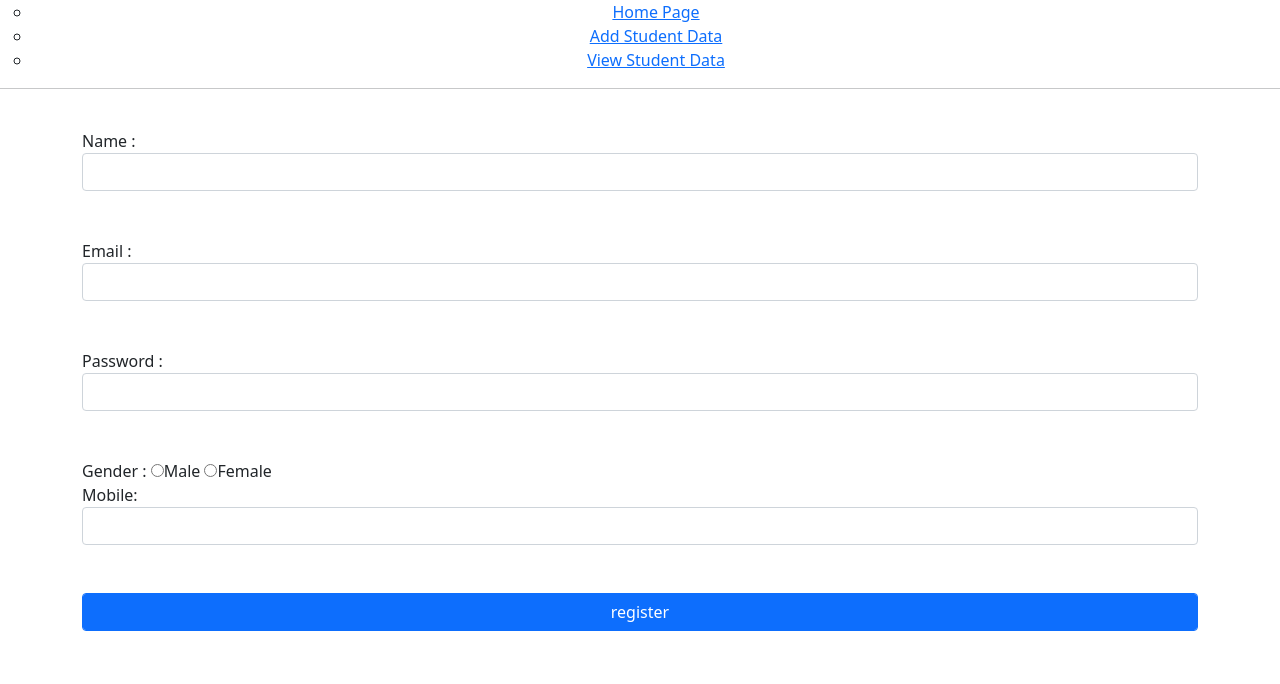
Repository: KrishMoradiya/Aixtor-Training-Projects-Backup
Page: http://localhost/CRUD_Student/Register.jsp
The author's editor kept a copy of each file at every save. The page is drawn from the files as they stood at one save, then again after the next save.
The browser window is 1280 px wide. The pictures show the whole page.
The page is served by Tomcat 10. Nobody is signed in. The application's start-up code is not run.

Above is the page before, as saved 2023-12-23 06:46:29.

After the next save:
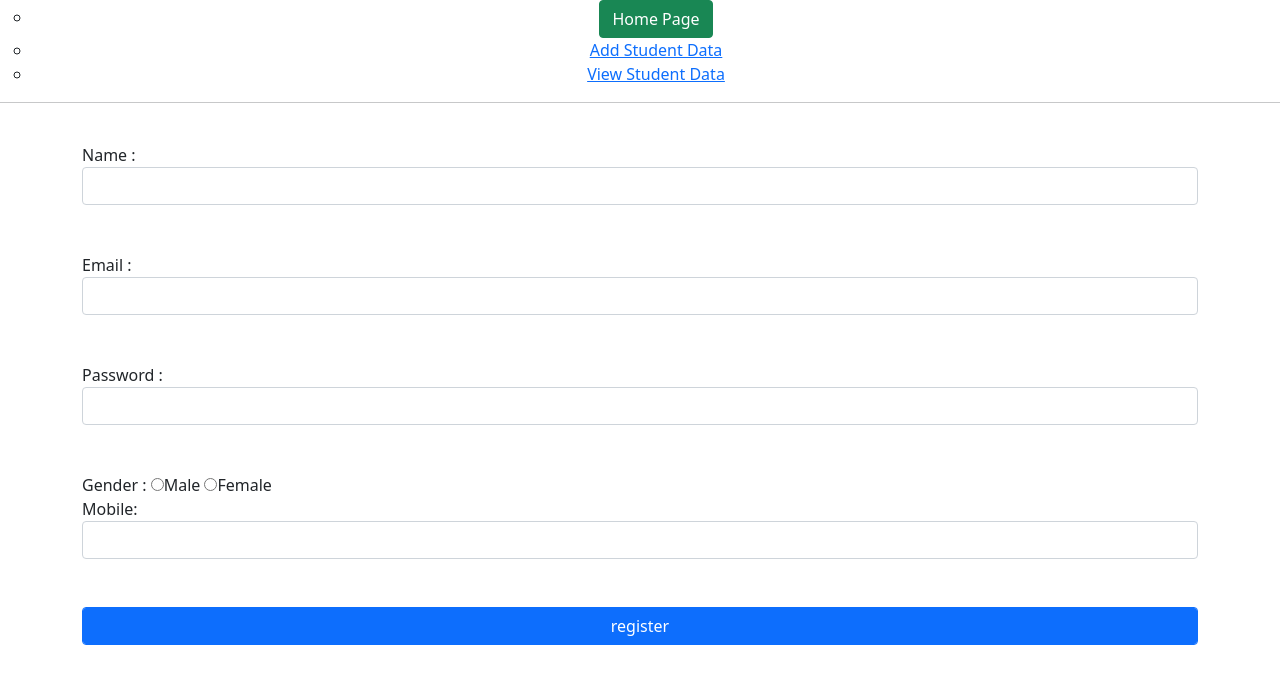
Saved 2 min 32 s later.
--- a/Workspace - Eclipse Enterprise Edition/CRUD_Student/src/main/webapp/header.jsp
+++ b/Workspace - Eclipse Enterprise Edition/CRUD_Student/src/main/webapp/header.jsp
@@ -11,7 +11,7 @@
 <body>
 	<center>
 		<ul type="circle">
-			<li><a href="index.jsp">Home Page</a></li>
+			<li><a href="index.jsp" class="btn btn-success">Home Page</a></li>
 			<li><a href="Register.jsp">Add Student Data</a></li>
 			<li><a href="/CRUD_Student/GetStudentData">View Student Data</a></li>
 
